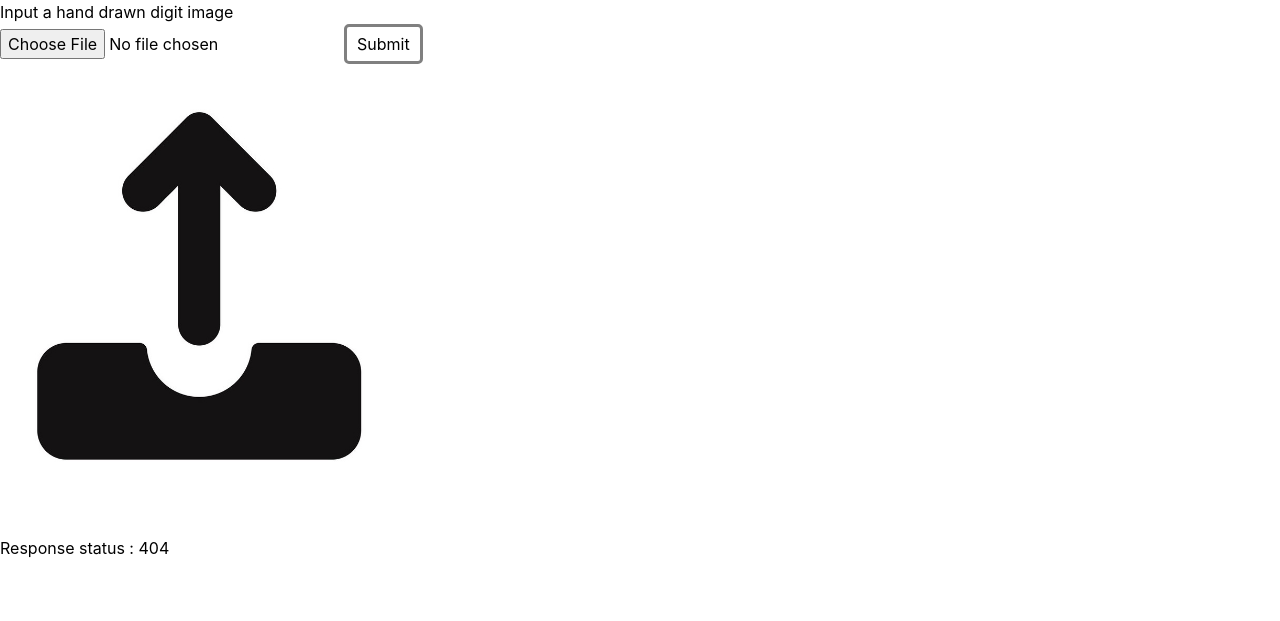
Repository: Laanith/TensorflowModelDeployment
Page: / (app in tensorflownode/)
These files come from the project's save history. The page is drawn as it stood at one moment and after the next save; the edit follows.
The browser window is 1280 px wide. The pictures show the whole page.
The project was rebuilt for these pictures with package versions that can differ from the ones it lists, and the page was loaded fresh each time.

Above is the page before, as saved 2023-10-24 13:09:06.

After the next save:
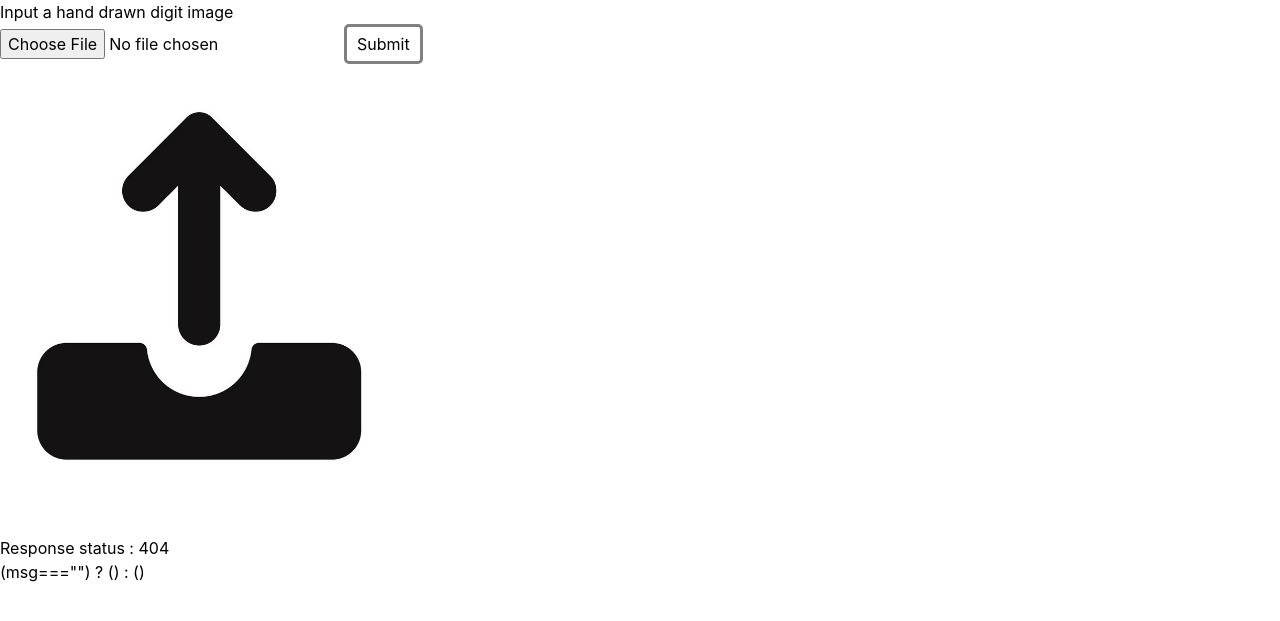
Saved 35 s later.
--- a/tensorflownode/src/App.js
+++ b/tensorflownode/src/App.js
@@ -88,7 +88,7 @@ function App() {
           {uploaded && <p>Upload status : Uploaded !</p>}
                 {FDUpdated && <p>FD status : Updated !</p>}
                 <p>Response status : {responseStatus}</p>
-                {}
+                 (msg==="") ? (<></>) : ()
         </div>
       </>
     );
